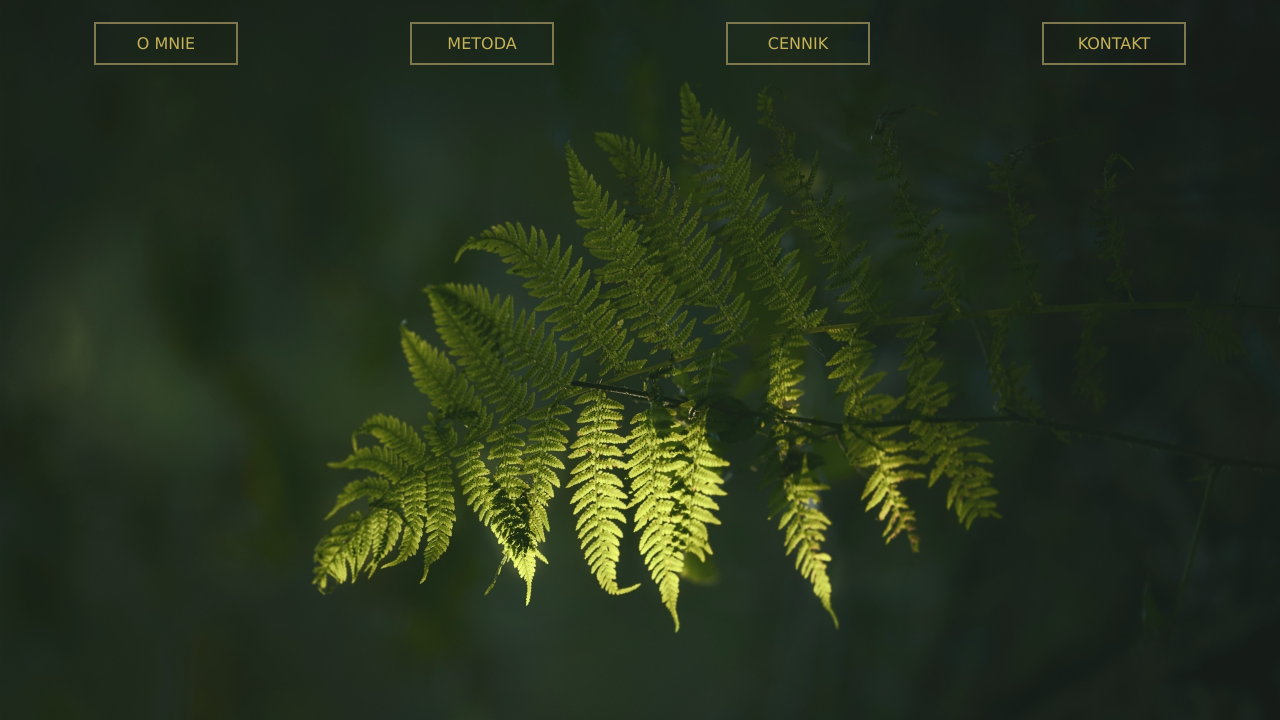
Repository: LechCieslak/Anna_Cieslak_v2.1
Page: index.html
An editor plug-in stored every save of this project. The page is shown before and after a run of saves, followed by the edit.
The browser window is 1280 px wide. The pictures show the whole page.

Above is the page before, as saved 2020-08-27 21:22:13.

After the next 2 saves:
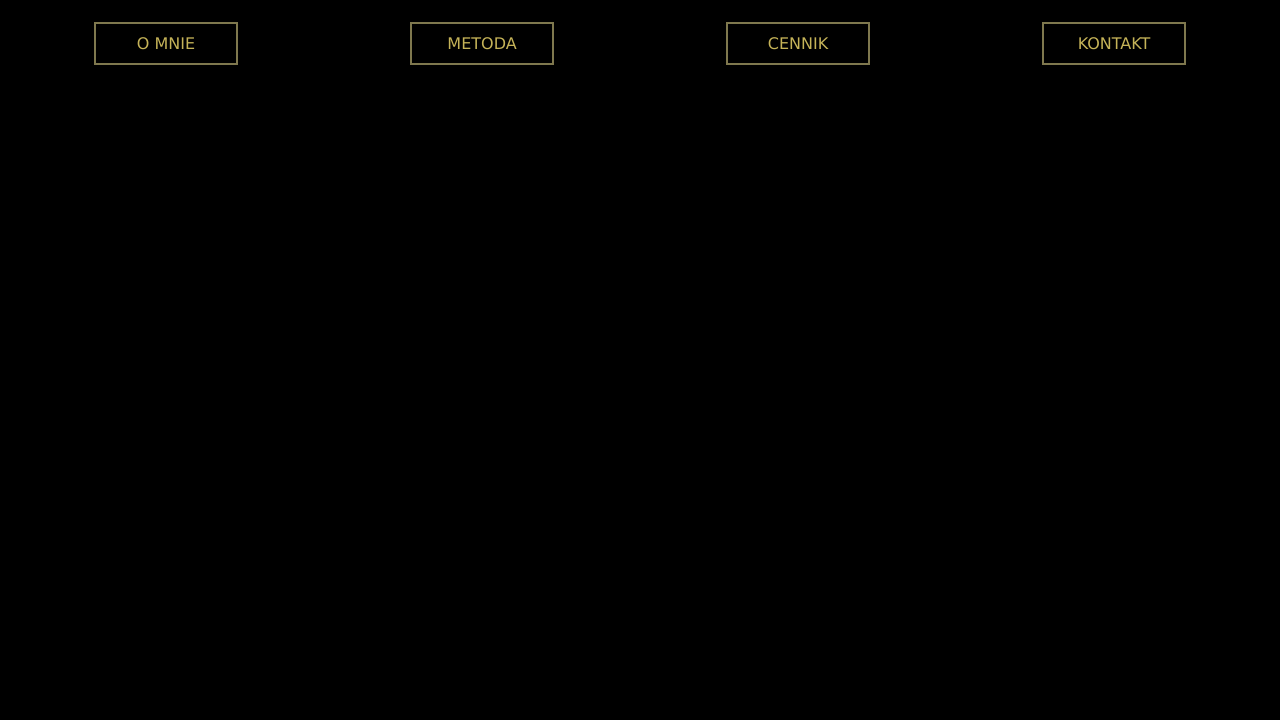
The 2 saves are shown as one change because they came seconds apart.
The last was saved 14 s later.
--- a/style.css
+++ b/style.css
@@ -10,8 +10,7 @@ body {
     /* background-position: center; */
     background-color: black;
     color: var(--text);
-    opacity: 0;
-    animation: backgroundEffect 3s forwards;
+    /* animation: backgroundEffect 3s forwards; */
 }
 
 main {
